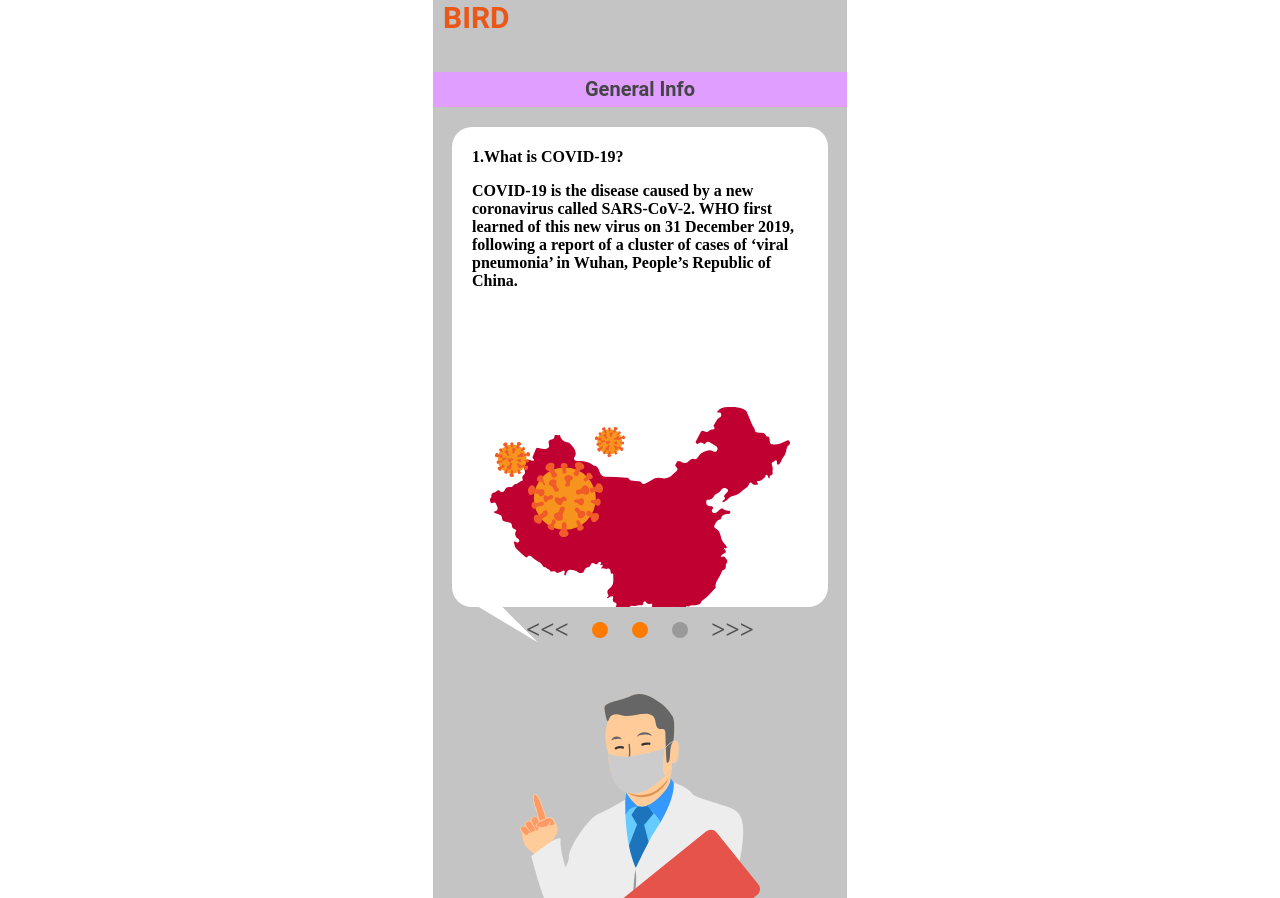
Repository: Levic559/BIRD
Page: General_info-1/1.html
These files come from the project's save history. The page is drawn as it stood at one moment and after the next save; the edit follows.
The browser window is 1280 px wide. The pictures show the whole page.

Above is the page before, as saved 2021-03-10 21:49:32.

### General_info-1/1.html
<!DOCTYPE html>
<html lang="en">
<head>
  <meta charset="UTF-8">
  <meta http-equiv="X-UA-Compatible" content="IE=edge">
  <meta name="viewport" content="width=device-width, initial-scale=1.0">
  <title>General Info 1-1</title>
  <link rel="stylesheet" href="../General_info_structure/mystyle.css">
</head>
<body>
  <div class="wrap">
    <div class="pages">
      <div class="header"></div>
      <div class="banner"></div>
      <div class="infographic">
        <h4 class="infographicQ"> 1.What is COVID-19?<br>
          <p>

            COVID-19 is the disease caused by a new coronavirus called SARS-CoV-2.  WHO first learned of this new virus on 31 December 2019, following a report of a cluster of cases of ‘viral pneumonia’ in Wuhan, People’s Republic of China.

          </p>
        </h4>
        <p class="infographicText">
        </p>
        <div class="infographicImg">
          <img src="../assets/wuhan.svg">
        </div>
        <div class="infographicImg2">
          <img src="../assets/virus.svg">
        </div>
        <div class="infographicImg3">
          <img src="../assets/virus.svg">
        </div>
        <div class="infographicImg4">
          <img src="../assets/virus.svg">
        </div>
      </div>
      <div class="triangle">
        <img src="../assets/chat-triangle.svg" class="triangleimg">
      </div>
      <div class="BtnPages"></div>
      <div class="Speaker">
        <img src="../assets/doctor-hand.svg" onmouseover="HandleDoctorOn()"
        onmouseout="HandleDoctorOut()" class="doctor">
      </div>
    </div>
</div>
</body>
<script src="../comps/Logo/index.js"></script>
<script src="../comps/Banner/index.js"></script>
<script src="../comps/BtnPages/index.js"></script>
<script src="1.js"></script>
<script>
        function HandleDoctorOn ()
  {
    document.querySelector(".doctor").src ="../assets/doctor.svg"
    document.querySelector(".doctor").style.width = "100%"
    document.querySelector(".doctor").style.height = "100%"
  }
  function HandleDoctorOut ()
  {
    document.querySelector(".doctor").src ="../assets/doctor-hand.svg"
    document.querySelector(".doctor").style.width = ""
    document.querySelector(".doctor").style.height = ""

  }
</script>
</html>

### General_info_structure/mystyle.css
body {
  margin: 0;
  padding: 0;
}

.wrap{
  width: 100vw;
  height: 100vh;
  box-sizing: border-box;
  position: relative;
  display: flex;
  flex-direction: row;
}
.pages{
  margin: 0 auto;
  width: 414px;
  height: 898px;
  display: flex;
  flex-direction: column;
  background-color: #C4C4C4;
  overflow: hidden;
}
.header{
  width: 414px;
  height: 85px;
  padding-left: 10px;
}
.banner{
  width: 414px;
  height: 35px;
  margin: 0 ;
  padding: 0;
}
.bgcWhite{
  background-color: #fff;
}

.infographic {
  width: 376px;
  min-height: 480px;
  max-height: 480px;
  margin-top: 20px;
  background-color: white;
  border-radius: 20px;
  align-self: center;
  display: flex;
  flex-direction: column;
  align-items: center;
  justify-content: space-between;
}

.triangle {
  width: 70px;
  height: 70px;
  overflow: hidden;
  position: relative;
  left: 35px;
  bottom: 15px;
}

.triangleimg {
  width: 100%;
  height: 100%;
}

.BtnPages {
  align-self: center;
  position: relative;
  bottom: 50px;
}

.Speaker {
  width: 240px;
  height: 240px;
  overflow: hidden;
  align-self: center;
}
.head{
  color: lightgray;
  position: relative;
  display: flex;
  text-align: left;

}

.infographicImg{

  width: 300px;
  height: 200px;
  overflow: hidden;
}
.infographicImg2{
  width: 35px;
  height: 35px;
  position: absolute;
  margin-top: 315px;
  margin-right: 255px;
  overflow: hidden;
}
.infographicImg3{
  width: 75px;
  height: 75px;
  position: absolute;
  margin-top: 335px;
  margin-right: 150px;
  overflow: hidden;
}
.infographicImg4{
  width: 30px;
  height: 30px;
  position: absolute;
  margin-top: 300px;
  margin-right: 60px;
  overflow: hidden;
}


.infographicQ {
  padding-left: 20px;
  padding-right: 20px;
}

.infographicText {
  font-size: 30px;
  padding-left: 20px;
  padding-right: 20px;
}

### comps/Logo/index.js
function LogoUI(fontSize="84",fontWeight="700", Scolor="grey"){
  return`
  <div style="
  font-size:${fontSize}px;
  font-weight:${fontWeight};
  font-family: Roboto;
  position:absolute;
  color:#E95719;
  text-shadow:3px 3px 3px ${Scolor} ;
  transition: opactity 0.3s; left 0.5s;
  opacity:1;
  onmouseover="LogoUI.HandleMouseover(this)";
  onmouseout="LogoUI.HandleMouseout(this)";
  onclick="LogoUI.Handleclick(this)";
  >BIRD</div>

  `
}

LogoUI.HandleMouseover = (el) =>{
  el.style.opacity = 0.75;
}

LogoUI.HandleMouseout = (el) =>{
  el.style.opacity = 1;
}

LogoUI.Handleclick = (el) =>{
  el.style.top = "-20px";
  el.style.fontSize="550%";
}

// export  const Logo = LogoUI();

### comps/Banner/index.js
function BannerUI(text="Covid-19"){
  return`
  <div style="
  width:414px;
  height:35px;
  font-size:20px;
  line-height: 35px;
  text-align: center;
  font-weight:700;
  font-family: Roboto;
  background-color:#E09EFF;
  color:#454545;
  ">${text}</div>

  `
}

// export  const Banner = BannerUI();

### comps/BtnPages/index.js
function BtnPagesUI (circleTwo="#9A9999", circleThree="#9A9999", lastPage="../General_info_structure/General_info-1.html", nextPage="../General_info_structure/General_info-1.html")
{
    return`
        <div style="
            display: flex;
            flex-direction: row;
            max-width: 228px;
            min-width: 228px;
            justify-content: space-between;
            align-items: center;
        ">
            <div style="
                font-size: 25px;
                font-weight: bold;
                color: #545454;
                transition: text-shadow 0.3s;
            "
            onmouseover='BtnPagesUI.HandleMouseOver1(this)'
            onmouseout='BtnPagesUI.HandleMouseOut1(this)'
            onclick='window.location.href="${lastPage}"'
            > <<< </div>

            <div style="
                width: 16px;
                height: 16px;
                border-radius: 50%;
                background-color: #FF7A00;
                transition: border 0.3s;
            "
            onmouseover='BtnPagesUI.HandleMouseOver2(this)'
            onmouseout='BtnPagesUI.HandleMouseOut2(this)'
            onclick='window.location.href="../General_info-1/1.html"'
            ></div>
            <div style="
                width: 16px;
                height: 16px;
                border-radius: 50%;
                background-color: ${circleTwo};
                transition: border 0.3s;
            "
            onmouseover='BtnPagesUI.HandleMouseOver2(this)'
            onmouseout='BtnPagesUI.HandleMouseOut2(this)'
            onclick='window.location.href="../General_info-3/1.html"'
            ></div>
            <div style="
                width: 16px;
                height: 16px;
                border-radius: 50%;
                background-color: ${circleThree};
                transition: border 0.3s;
            "
            onmouseover='BtnPagesUI.HandleMouseOver2(this)'
            onmouseout='BtnPagesUI.HandleMouseOut2(this)'
            onclick='window.location.href="../General_info-5/1.html"'
            ></div>

            <div style ="
                font-size: 25px;
                font-weight: bold;
                color: #545454;
                transition: text-shadow 0.3s;
            "
            onmouseover='BtnPagesUI.HandleMouseOver1(this)'
            onmouseout='BtnPagesUI.HandleMouseOut1(this)'
            onclick='window.location.href="${nextPage}"'
            > >>> </div>
        </div>
    `
}

BtnPagesUI.HandleMouseOver1 = (el) => {
    el.style.textShadow = "0px 0px 3px black"
}

BtnPagesUI.HandleMouseOut1 = (el) => {
    el.style.textShadow = "0px 0px 0px #545454"
}

BtnPagesUI.HandleMouseOver2 = (el) => {
    el.style.border = " 2px solid #545454"
}
BtnPagesUI.HandleMouseOut2 = (el) => {
    el.style.border = " 0px solid #545454"
}



//export const BtnPages = BtnPagesUI()

### General_info-1/1.js
document.querySelector(".header").innerHTML += LogoUI(30,700, "#C4C4C4");
document.querySelector(".banner").innerHTML += BannerUI("General Info");
document.querySelector(".BtnPages").innerHTML += BtnPagesUI("#FF7A00", "#9A9999");

After the next save:
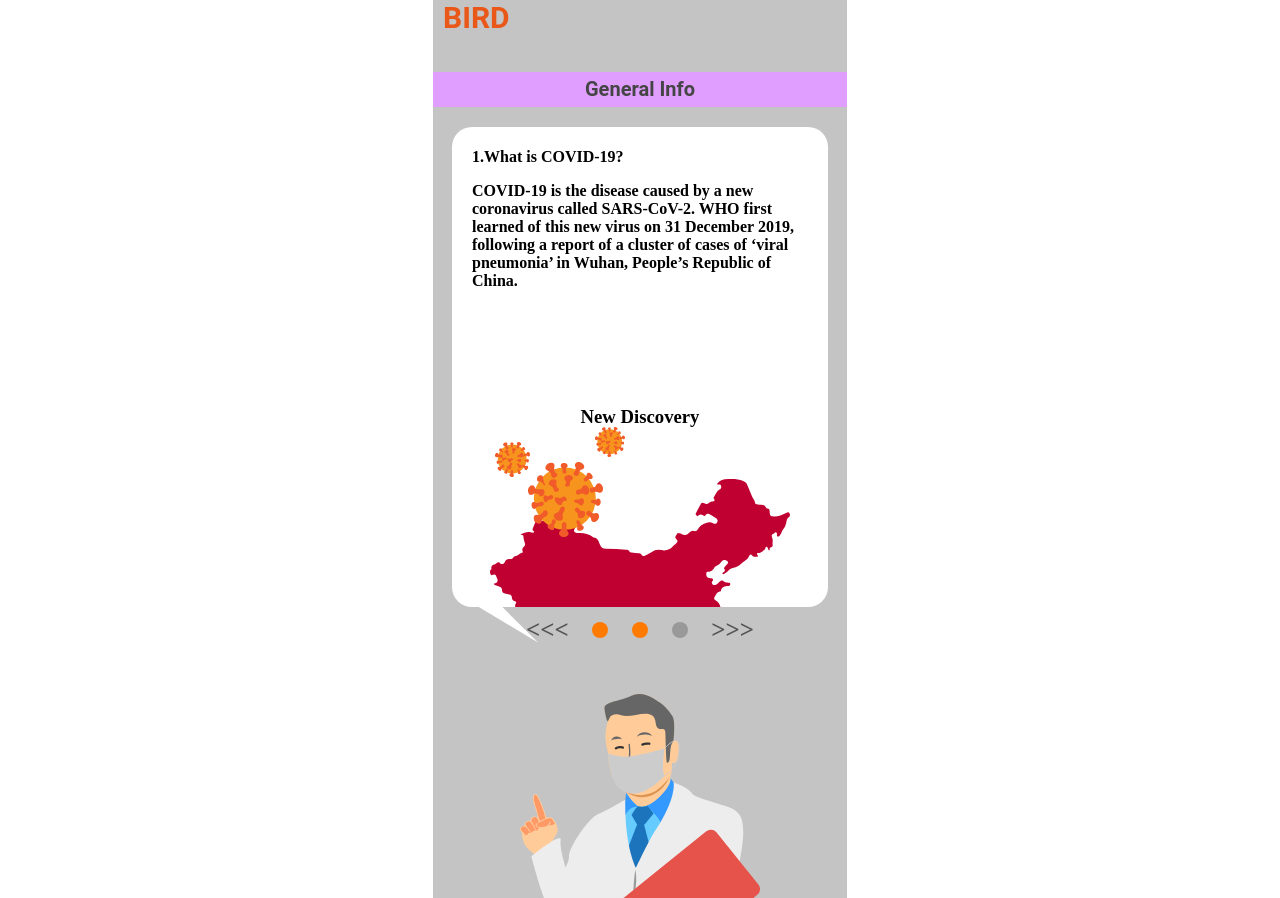
Saved 10 s later.
--- a/General_info-1/1.html
+++ b/General_info-1/1.html
@@ -20,7 +20,7 @@
 
           </p>
         </h4>
-        <p class="infographicText">
+        <p class="infographicText"><h3 class="Head">New Discovery</h3>
         </p>
         <div class="infographicImg">
           <img src="../assets/wuhan.svg">
